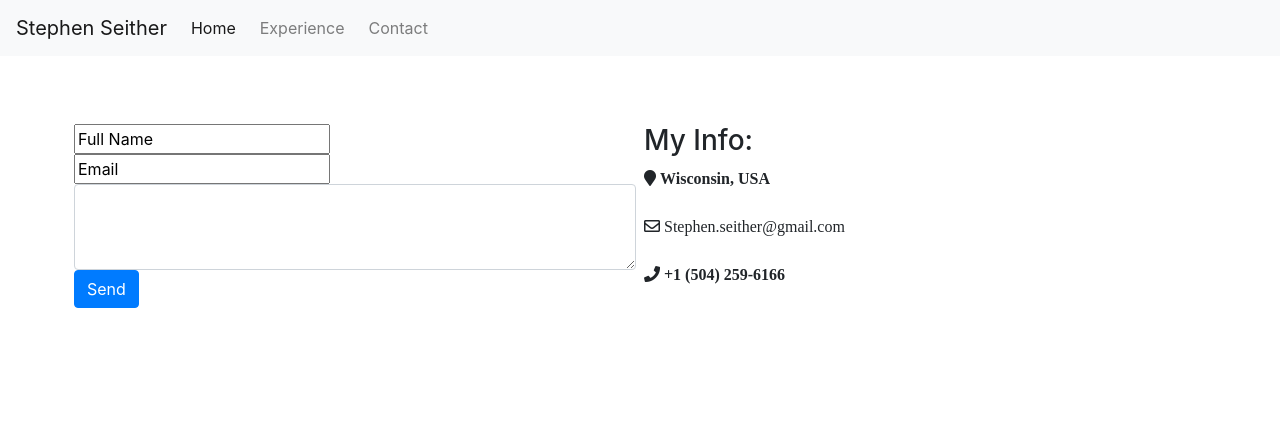
Repository: stephenseither/First-Milestone-Project
Page: contact.html
The author's editor kept a record of every edit. The page is drawn from the files as they stood at one moment, then again after the next edit.
The browser window is 1280 px wide. The pictures show the whole page.
Some web libraries are served in a nearby version.

Above is the page before.

### contact.html
<!DOCTYPE html>
<html lang="en">

<head>
    <meta charset="UTF-8">
    <meta name="viewport" content="width=device-width, initial-scale=1.0">
    <meta http-equiv="X-UA-Compatible" content="ie=edge">
    <link rel="stylesheet" href="https://stackpath.bootstrapcdn.com/bootstrap/4.3.1/css/bootstrap.min.css" integrity="sha384-ggOyR0iXCbMQv3Xipma34MD+dH/1fQ784/j6cY/iJTQUOhcWr7x9JvoRxT2MZw1T" crossorigin="anonymous">
    <link rel="stylesheet" href="https://use.fontawesome.com/releases/v5.10.2/css/all.css" integrity="sha384-rtJEYb85SiYWgfpCr0jn174XgJTn4rptSOQsMroFBPQSGLdOC5IbubP6lJ35qoM9" crossorigin="anonymous">
    <title>Document</title>
</head>

<body>
    <nav class="navbar navbar-light bg-light navbar-expand-sm">
        <a href="index.html" class="navbar-brand">Stephen Seither</a>
        <ul class="navbar-nav justify-content-end">
            <li class="active nav-item mr-2"><a class="nav-link" href="/index">Home</a></li>
            <li class="nav-item mr-2"><a class="nav-link" href="/experience">Experience</a></li>
            <li class="nav-item mr-2"><a class="nav-link" href="/contact">Contact</a></li>
        </ul>
    </nav>
    <div class="container mt-3">
        <div class="row">
            <div class="col-sm-6 col-md-6 my-5 p-1">
                <form>
                    <input type="text" name="fullname" value="Full Name">
                    <br>
                    <input type="text" name="email" value="Email">
                    <br>
                    <textarea name="message" class="form-control" id="form-message" rows="3"></textarea>
                    <button type="submit" class="btn btn-primary btn-submit">Send</button>
                </form>
            </div>
            <div class="col-sm-6 col-md-6 my-5 p-1">
                <h3>My Info:</h3>
                <i class="fa fa-map-marker" aria-hidden="true"> Wisconsin, USA</i>
                <br>
                <br>
                <i class="far fa-envelope"> Stephen.seither@gmail.com</i>
                <br>
                <br>
                <i class="fas fa-phone"> +1 (504) 259-6166</i>
            </div>
        </div>
    </div>
</body>

</html>

After the next edit:
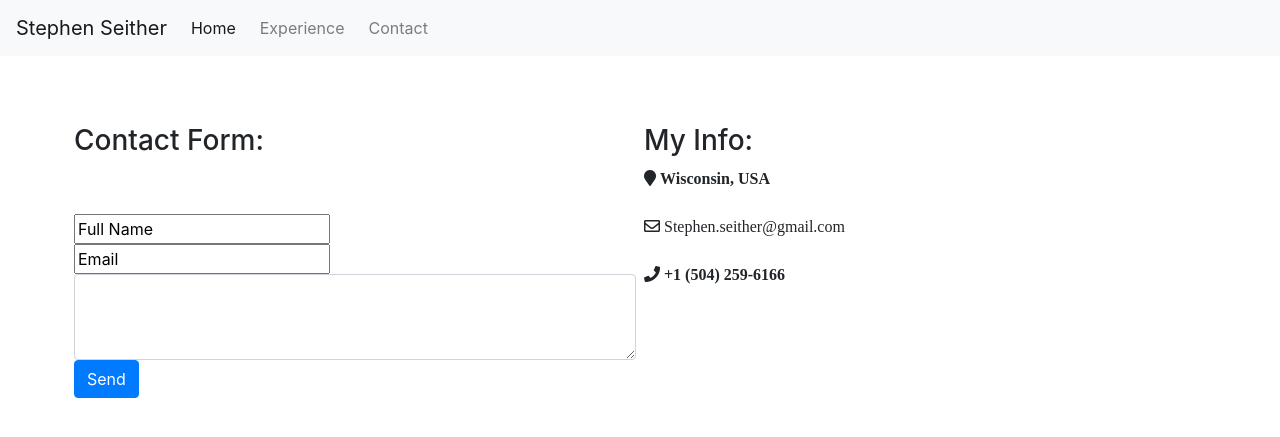
The edit:
--- a/contact.html
+++ b/contact.html
@@ -23,6 +23,7 @@
         <div class="row">
             <div class="col-sm-6 col-md-6 my-5 p-1">
                 <form>
+                    <h3 class="pb-5">Contact Form:</h3>
                     <input type="text" name="fullname" value="Full Name">
                     <br>
                     <input type="text" name="email" value="Email">
